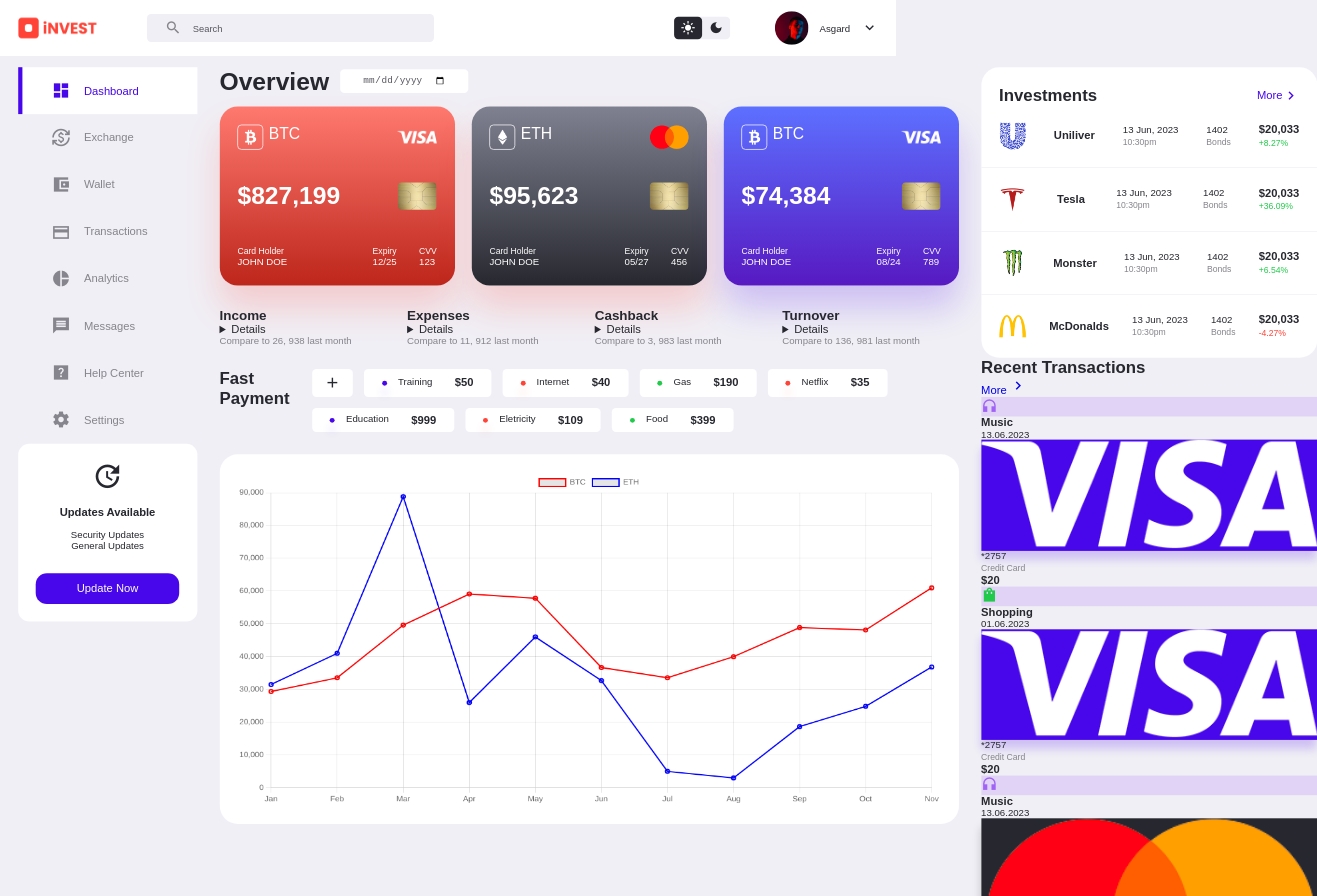
Repository: eziocdl/Admin_Dash
Page: index.html
The author's editor kept a copy of each file at every save. The page is drawn from the files as they stood at one save, then again after the next save.
The browser window is 1280 px wide. The page is 1882 px wide, so the pictures cover 1882 px, including what lies to the right of the window. The pictures show the part of the page from y = 0 to 1280 px (the page is 2393 px tall), at 70% of full size.
Some web libraries are served in a nearby version.

Above is the page before, as saved 2023-06-15 13:33:29.

### index.html
<!DOCTYPE html>
<html lang="pt-BR">
<head>
    <meta charset="UTF-8">
    <meta http-equiv="X-UA-Compatible" content="IE=edge">
    <meta name="viewport" content="width=device-width, initial-scale=1.0">
    <title>DashBoard Responsiva</title>
    <!--MATERIAL ICONS CDN-->
    <link href="https://fonts.googleapis.com/icon?family=Material+Icons+Sharp" rel="stylesheet">
    <!--GOOGLE FONTES (POPPINS)-->
    <link rel="preconnect" href="https://fonts.googleapis.com">
<link rel="preconnect" href="https://fonts.gstatic.com" crossorigin>
<link href="https://fonts.googleapis.com/css2?family=Poppins:wght@300;400;500;600;700&display=swap"
   rel="stylesheet">
    <!--STYLESHEET-->
<link rel="stylesheet" href="style.css">
</head>
<body>
    <!--NAVEGACAO-->
    <nav>
        <div class="container">
            <img src="./images/logo.png" class="logo">
            <div class="search-bar">
                <span class="material-icons-sharp">search</span>
                <input type="search" placeholder="Search">
            </div>
            <div class="profile-area">
                <div class="theme-btn">
                    <span class="material-icons-sharp active">light_mode</span>
                    <span class="material-icons-sharp">dark_mode</span>
            </div>
            <div class="profile">
                    <div class="profile-photo">
                        <img src="./images/profile-1.jpg">
                    </div>
                    <h5>Asgard</h5>
                    <span class="material-icons-sharp">expand_more</span>
            </div>
            <button id="menu-btn">
                    <span class="material-icons-sharp">menu</span>
                </button>

            </div>

        </div>
    </nav>
    <!--FINAL DA NAVEGACAO-->

    <main>
        <aside>
            <button id="close-btn">
                <span class="material-icons-sharp">close</span>

            </button>

            <div class="sidebar">
                <a href="#" class="active">
                    <span class="material-icons-sharp">dashboard</span>
                    <h4>Dashboard</h4>
                </a>

                <a href="#">
                    <span class="material-icons-sharp">currency_exchange</span>
                    <h4>Exchange</h4>
                </a>

                <a href="#">
                    <span class="material-icons-sharp">account_balance_wallet</span>
                    <h4>Wallet</h4>
                </a>

                <a href="#">
                    <span class="material-icons-sharp">payment</span>
                    <h4>Transactions</h4>
                </a>

                <a href="#">
                    <span class="material-icons-sharp">pie_chart</span>
                    <h4>Analytics</h4>
                </a>

                <a href="#">
                    <span class="material-icons-sharp">message</span>
                    <h4>Messages</h4>
                </a>

                <a href="#">
                    <span class="material-icons-sharp">help_center</span>
                    <h4>Help Center</h4>
                </a>

                <a href="#">
                    <span class="material-icons-sharp">settings</span>
                    <h4>Settings</h4>
                </a>
            </div>
            <!------------------FINAL DO SIDEBAR------------------------------------------------>
            <div class="updates">
                <span class="material-icons-sharp">update</span>
                    <h4>Updates Available</h4>
                    <p>Security Updates</p>
                    <p>General Updates</p>
                    <a href="#">Update Now</a>
            </div>
        </aside>
        <!--FINAL DO ASIDE-->

        <section class="middle">
            <div class="header">
                <h1>Overview</h1>
                <input type="date">
            </div>

            <div class="cards">
                <div class="card">
                    <div class="top">
                        <div class="left">
                            <img src="./images/BTC.png">
                            <h2>BTC</h2>
                        </div>
                        <img src="./images/visa.png" class="right">
                    </div>

                    <div class="middle">
                             <h1>$827,199</h1>
                             <div class="chip">
                               <img src="./images/card chip.png">
                            </div>
                    </div>

                    <div class="bottom">
                        <div class="left">
                           <small>Card Holder</small>
                           <h5>JOHN DOE</h5>
                        </div>

                        <div class="right">
                            <div class="expiry">
                                <small>Expiry</small>
                                <h5>12/25</h5>
                            </div>
                            <div class="cvv">
                                <small>CVV</small>
                                <h5>123</h5>
                            </div>
                        </div>
                    </div>
                </div>
                <!-------------------FINAL DO CARTAO------------------------------------------------->
                <div class="card">
                    <div class="top">
                        <div class="left">
                            <img src="./images/ETH.png">
                            <h2>ETH</h2>
                        </div>
                        <img src="./images/master card.png" class="right">
                    </div>

                    <div class="middle">
                        <h1>$95,623</h1>
                        <div class="chip">
                            <img src="./images/card chip.png">
                        </div>
                    </div>

                    <div class="bottom">
                        <div class="left">
                           <small>Card Holder</small>
                           <h5>JOHN DOE</h5>
                        </div>

                        <div class="right">
                            <div class="expiry">
                                <small>Expiry</small>
                                <h5>05/27</h5>
                            </div>
                            <div class="cvv">
                                <small>CVV</small>
                                <h5>456</h5>
                            </div>
                        </div>
                    </div>
                </div>
                <!-------------------FINAL DO CARTAO 1------------------------------------------------->

                <div class="card">
                    <div class="top">
                        <div class="left">
                            <img src="./images/BTC.png">
                            <h2>BTC</h2>
                        </div>
                     <img src="./images/visa.png" class="right">
                    </div>

                    <div class="middle">
                        <h1>$74,384</h1>
                        <div class="chip">
                            <img src="./images/card chip.png">
                        </div>

                    </div>

                    <div class="bottom">
                        <div class="left">
                           <small>Card Holder</small>
                           <h5>JOHN DOE</h5>
                        </div>

                        <div class="right">
                            <div class="expiry">
                                <small>Expiry</small>
                                <h5>08/24</h5>
                            </div>
                            <div class="cvv">
                                <small>CVV</small>
                                <h5>789</h5>
                            </div>
                        </div>
                    </div>
                </div>
                <!-------------------FINAL DO CARTAO 2------------------------------------------------->
            </div>

            <!-------------------FINAL DOS CARDS-------------------------------------------------->
            <div class="monthly-report">
                <div class="report">
                     <h3>Income</h3>
                     <div>
                        <details>
                            <h1>29,023</h1>
                            <h6 class="success">+3.5%</h6>
                        </details>
                        <p class="text-muted">Compare to 26,
                        938 last month</p>
                     </div>
                </div>
               <!-- END OF INCOME REPORT--->
                <div class="report">
                    <h3>Expenses</h3>
                    <div>
                       <details>
                           <h1>9,005</h1>
                           <h6 class="danger">-6.5%</h6>
                       </details>
                       <p class="text-muted">Compare to 11,
                       912 last month</p>
                    </div>
               </div>
               <!-- END OF EXPENSES REPORT --->
               <div class="report">
                     <h3>Cashback</h3>
                     <div>
                        <details>
                            <h1>4,7004</h1>
                            <h6 class="success">+7.5%</h6>
                        </details>
                        <p class="text-muted">Compare to 3,
                        983 last month</p>
                     </div>
                </div>
                <!-- END OF CASHBACK REPORT --->
                <div class="report">
                     <h3>Turnover</h3>
                     <div>
                        <details>
                            <h1>118,900</h1>
                            <h6 class="danger">+17.8%</h6>
                        </details>
                        <p class="text-muted">Compare to 136,
                        981 last month</p>
                     </div>
                </div>
                <!-- END OF TURNOVER REPORT --->
            </div>

            <!--END OF MONTLY REPORT-->
            <div class="fast-payment">
                 <h2>Fast Payment</h2>
                 <div class="badges">
                      <div class="badge">
                        <span class="material-icons-sharp">
                        add</span>
                      </div>
                      <div class="badge">
                           <span class="bg-primary"></span>
                           <div>
                              <h5>Training</h5>
                              <h4>$50</h4>
                           </div>
                      </div>
                       <div class="badge">
                           <span class="bg-danger"></span>
                           <div>
                              <h5>Internet</h5>
                              <h4>$40</h4>
                           </div>
                      </div>
                      <div class="badge">
                           <span class="bg-success"></span>
                           <div>
                              <h5>Gas</h5>
                              <h4>$190</h4>
                           </div>
                      </div>
                      <div class="badge">
                           <span class="bg-danger"></span>
                           <div>
                              <h5>Netflix</h5>
                              <h4>$35</h4>
                           </div>
                      </div>
                      <div class="badge">
                           <span class="bg-primary"></span>
                           <div>
                              <h5>Education</h5>
                              <h4>$999</h4>
                           </div>
                      </div>
                      <div class="badge">
                           <span class="bg-danger"></span>
                           <div>
                              <h5>Eletricity</h5>
                              <h4>$109</h4>
                           </div>
                      </div>
                      <div class="badge">
                           <span class="bg-success"></span>
                           <div>
                              <h5>Food</h5>
                              <h4>$399</h4>
                           </div>
                      </div>
                </div>
            </div>

            <!--END OF PAYMENT---------------->

            <canvas id="chart"></canvas>

        </section>
        <!--FINAL DO MIDDLE-->
        <section class="right">
            <div class="investments">
                <div class="header">
                    <h2>Investments</h2>
                    <a href="#">More <span class="material-icons-sharp">
                        chevron_right</span></a>
                </div>

                <div class="investment">
                        <img src="./images/uniliver.png">
                        <h4>Uniliver</h4>
                        <div class="date-time">
                          <p>13 Jun, 2023</p>
                          <small class="text-muted">10:30pm</small>
                        </div>
                        <div class="bonds">
                              <p>1402</p>
                              <small class="text-muted">Bonds</small>
                        </div>
                        <div class="amount">
                              <h4>$20,033</h4>
                              <small class="success">+8.27%</small>
                        </div>
                    </div>
                    <!--END OF INVESTIMENT-->
                    <div class="investment">
                        <img src="./images/tesla.png">
                        <h4>Tesla</h4>
                        <div class="date-time">
                            <p>13 Jun, 2023</p>
                            <small class="text-muted">10:30pm</small>
                        </div>
                        <div class="bonds">
                              <p>1402</p>
                              <small class="text-muted">Bonds</small>
                        </div>
                        <div class="amount">
                              <h4>$20,033</h4>
                              <small class="success">+36.09%</small>
                        </div>
                    </div>
                    <!--END OF INVESTIMENT-->
                    <div class="investment">
                            <img src="./images/monster.png">
                            <h4>Monster</h4>
                            <div class="date-time">
                              <p>13 Jun, 2023</p>
                              <small class="text-muted">10:30pm</small>
                            </div>
                            <div class="bonds">
                              <p>1402</p>
                              <small class="text-muted">Bonds</small>
                            </div>
                            <div class="amount">
                              <h4>$20,033</h4>
                              <small class="success">+6.54%</small>
                            </div>
                    </div>
                    <!--END OF INVESTIMENT-->
                    <div class="investment">
                        <img src="./images/mcdonalds.png">
                        <h4>McDonalds</h4>
                        <div class="date-time">
                          <p>13 Jun, 2023</p>
                          <small class="text-muted">10:30pm</small>
                        </div>
                        <div class="bonds">
                              <p>1402</p>
                              <small class="text-muted">Bonds</small>
                        </div>
                        <div class="amount">
                              <h4>$20,033</h4>
                              <small class="danger">-4.27%</small>
                        </div>
                    </div>
                    <!--END OF INVESTIMENTS-->
                 </div>
            </div>
            <!--END OF INVESTIMENTS-->

            <div class="recent-transations">
                <div class="header">
                    <h2>Recent Transactions</h2>
                    <a href="#">More <span class="material-icons-sharp">chevron_right</span></a>
                </div>

                <div class="transation">
                    <div class="service">
                        <div class="icon bg-purple-light">
                            <span class="material-icons-sharp purple">headphones</span>
                        </div>
                        <div class="details">
                            <h4>Music</h4>
                            <p>13.06.2023</p>
                        </div>
                    </div>
                    <div class="card-details">
                        <div class="card bg-primary">
                            <img src="./images/visa.png">
                        </div>
                        <div class="details">
                            <P>*2757</P>
                             <small class="text-muted">Credit Card</small>
                        </div>
                    </div>
                    <h4>$20</h4>
                </div>
                <!--END OF RECENT TRANSATION-->
                <div class="transation">
                    <div class="service">
                        <div class="icon bg-purple-light">
                            <span class="material-icons-sharp success">shopping_bag</span>
                        </div>
                        <div class="details">
                            <h4>Shopping</h4>
                            <p>01.06.2023</p>
                        </div>
                    </div>
                    <div class="card-details">
                        <div class="card bg-primary">
                            <img src="./images/visa.png">
                        </div>
                        <div class="details">
                            <P>*2757</P>
                             <small class="text-muted">Credit Card</small>
                        </div>
                    </div>
                    <h4>$20</h4>
                </div>
                <!--END OF RECENT TRANSATION-->
                <div class="transation">
                    <div class="service">
                        <div class="icon bg-purple-light">
                            <span class="material-icons-sharp purple">headphones</span>
                        </div>
                        <div class="details">
                            <h4>Music</h4>
                            <p>13.06.2023</p>
                        </div>
                    </div>
                    <div class="card-details">
                        <div class="card bg-dark">
                            <img src="./images/master card.png">
                        </div>
                        <div class="details">
                            <P>*2757</P>
                             <small class="text-muted">Credit Card</small>
                        </div>
                    </div>
                    <h4>$20</h4>
                </div>
                <!--END OF RECENT TRANSATION-->
                <div class="transation">
                    <div class="service">
                        <div class="icon bg-purple-light">
                            <span class="material-icons-sharp purple">headphones</span>
                        </div>
                        <div class="details">
                            <h4>Music</h4>
                            <p>13.06.2023</p>
                        </div>
                    </div>
                    <div class="card-details">
                        <div class="card bg-danger">
                            <img src="./images/visa.png">
                        </div>
                        <div class="details">
                            <P>*2757</P>
                             <small class="text-muted">Credit Card</small>
                        </div>
                    </div>
                    <h4>$20</h4>
                </div>
                <!--END OF RECENT TRANSATION-->
                <div class="transation">
                    <div class="service">
                        <div class="icon bg-purple-light">
                            <span class="material-icons-sharp purple">headphones</span>
                        </div>
                        <div class="details">
                            <h4>Music</h4>
                            <p>13.06.2023</p>
                        </div>
                    </div>
                    <div class="card-details">
                        <div class="card bg-danger">
                            <img src="./images/visa.png">
                        </div>
                        <div class="details">
                            <P>*2757</P>
                             <small class="text-muted">Credit Card</small>
                        </div>
                    </div>
                    <h4>$20</h4>
                </div>
                <!--END OF RECENT TRANSATION-->
                <div class="transation">
                    <div class="service">
                        <div class="icon bg-purple-light">
                            <span class="material-icons-sharp purple">headphones</span>
                        </div>
                        <div class="details">
                            <h4>Music</h4>
                            <p>13.06.2023</p>
                        </div>
                    </div>
                    <div class="card-details">
                        <div class="card bg-danger">
                            <img src="./images/visa.png">
                        </div>
                        <div class="details">
                            <P>*2757</P>
                             <small class="text-muted">Credit Card</small>
                        </div>
                    </div>
                    <h4>$20</h4>
                </div>
                <!--END OF RECENT TRANSATION-->
            </div>
            <!-------------------------------END OF RECENT OF TRANSATION------------------------------------------------------------------>
        </section>
         <!--FINAL DO MIDDLE-->
    </main>
    <!--===========================FINAL DO ASIDE======================================================-->

    <script src="https://cdnjs.cloudflare.com/ajax/libs/Chart.js/3.6.0/chart.min.js"
     integrity="sha512-GMGzUEevhWh8Tc/njS0bDpwgxdCJLQBWG3Z2Ct+JGOpVnEmjvNx6ts4v6A2XJf1HOrtOsfhv3hBKpK9kE5z8AQ=="
     crossorigin="anonymous" referrerpolicy="no-referrer">
    </script>

    <script src="./main.js"></script>
</body>
</html>

Loaded but not shown: main.js (30 lines, source omitted); style.css (565 lines, source omitted)

After the next save:
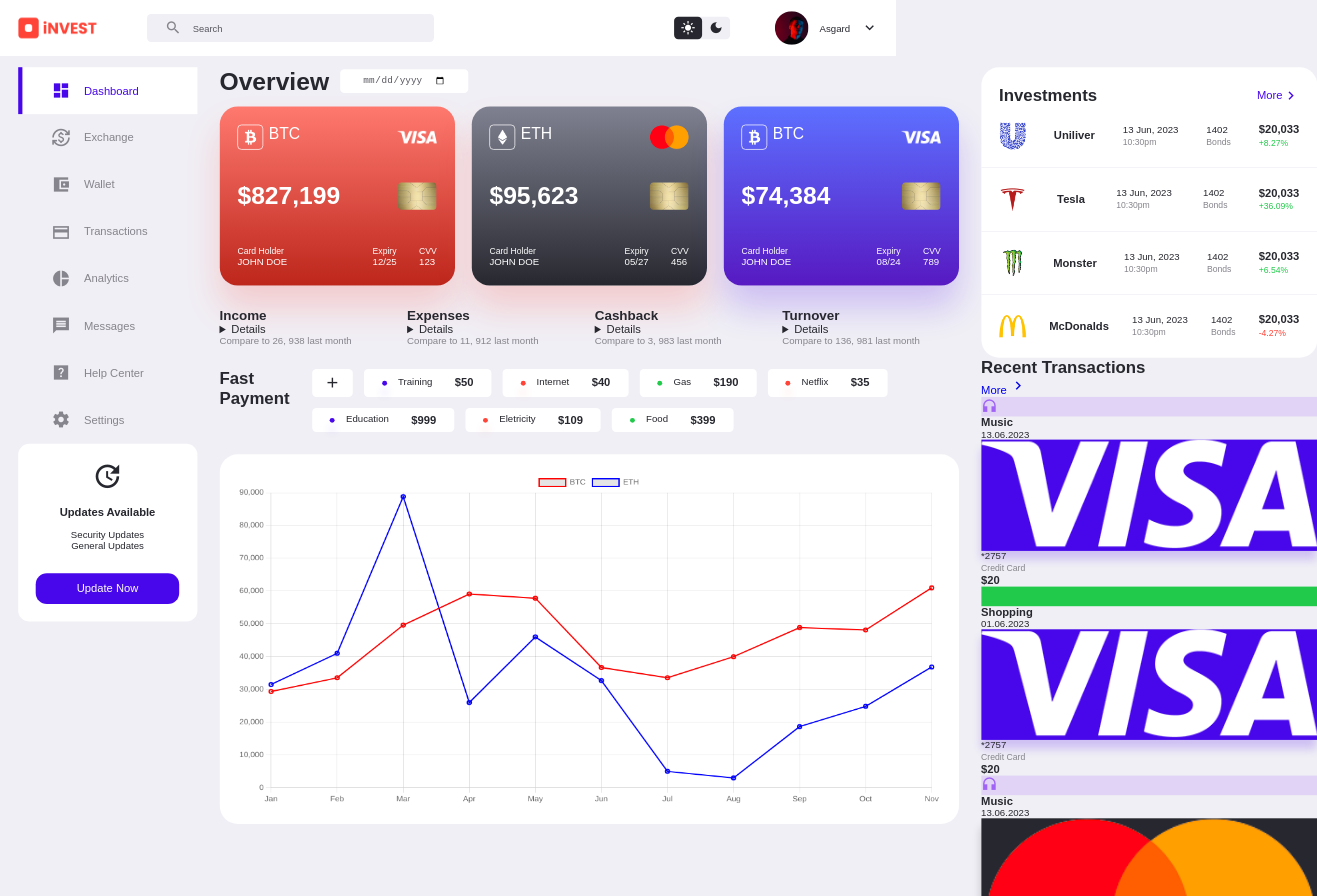
Saved 34 s later.
--- a/index.html
+++ b/index.html
@@ -449,7 +449,7 @@
                 <!--END OF RECENT TRANSATION-->
                 <div class="transation">
                     <div class="service">
-                        <div class="icon bg-purple-light">
+                        <div class="icon bg-success">
                             <span class="material-icons-sharp success">shopping_bag</span>
                         </div>
                         <div class="details">
